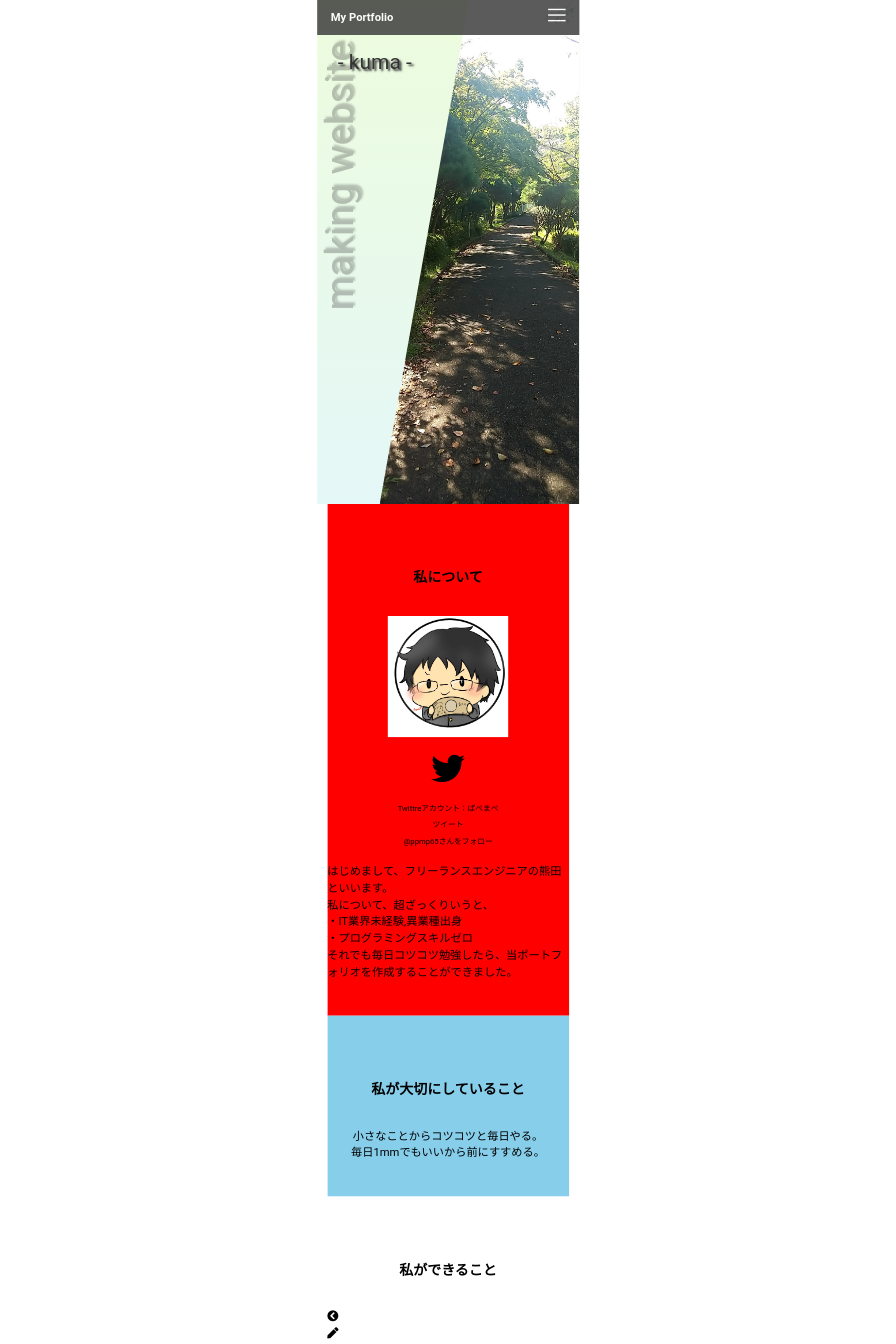
Repository: ppmp556/portfolio6
Page: index copy.html
These files come from the project's save history. The page is drawn as it stood at one moment and after the next save; the edit follows.
The browser window is 1280 px wide. The pictures show the part of the page from y = 0 to 1920 px (the page is 3189 px tall), at 70% of full size.
Some web libraries are served in a nearby version. The style sheet was rebuilt from its Sass, Less or Tailwind sources for each picture, by a compiler version that may differ from the author's.

Above is the page before, as saved 2020-10-13 16:20:25.
Console error: TypeError: Cannot read properties of null (reading 'addEventListener')

After the next save:
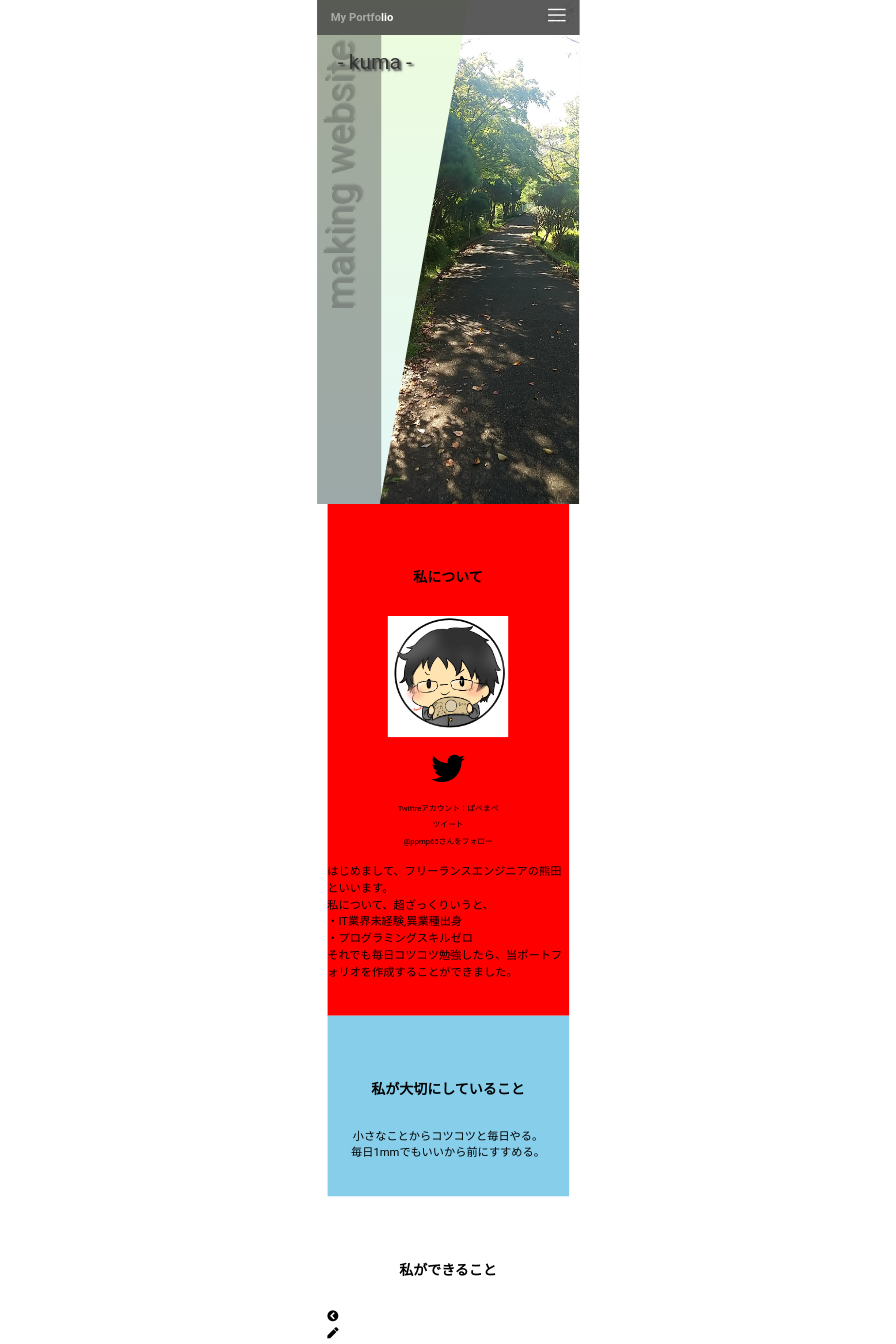
Saved 4 min 12 s later.
--- a/css/main.scss
+++ b/css/main.scss
@@ -322,10 +322,11 @@ nav
         content: '';
         position: absolute;
         top: 0;
-        left: 0;
+        left: -403px;
         background-color: $cBlack;
         opacity: .5;
-        width: 100%;
+        width: 140px;
+        height: 100vh;
     }
 
     &_inner {

After the save that followed:
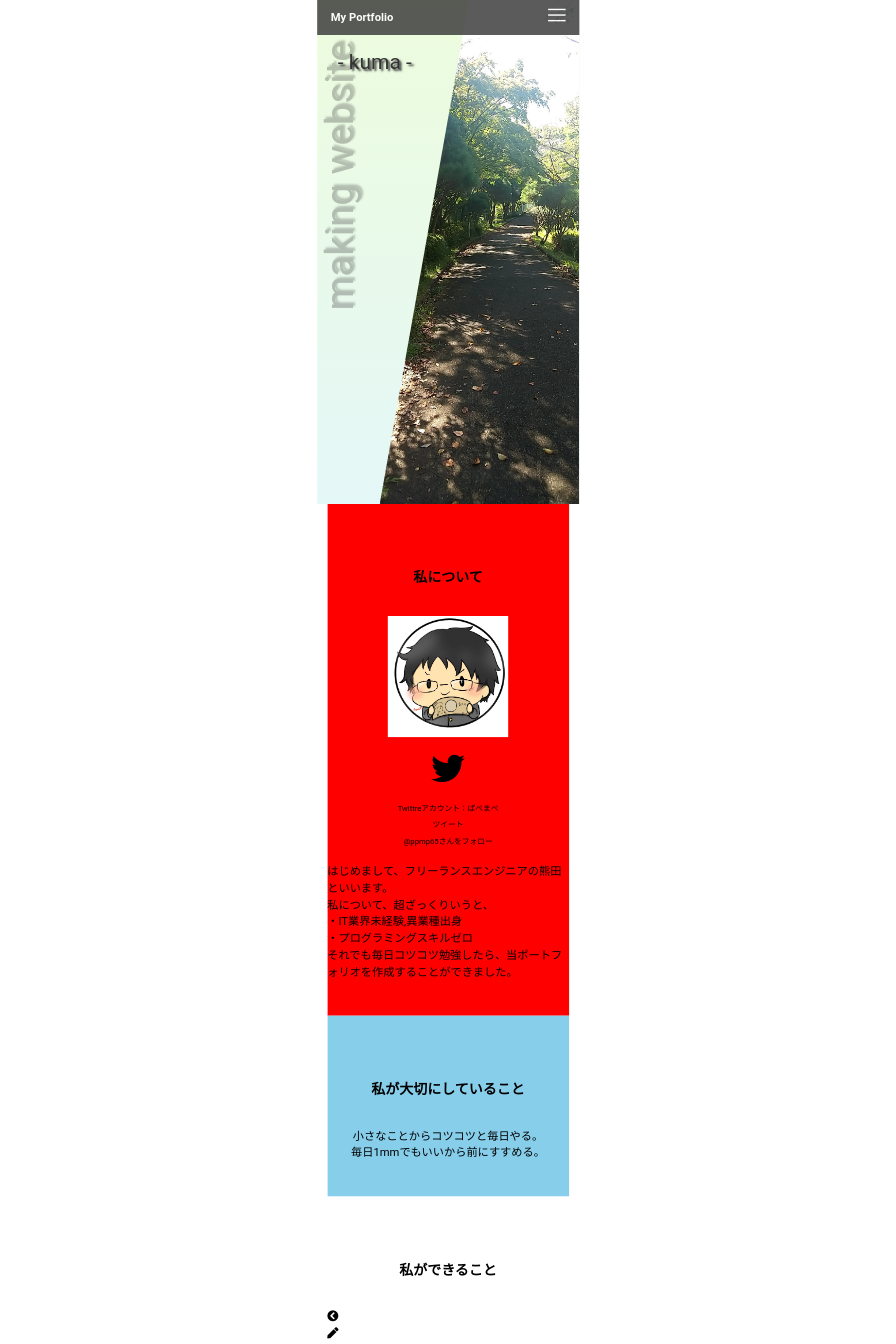
Saved 56 s later.
--- a/css/main.scss
+++ b/css/main.scss
@@ -318,7 +318,7 @@ nav
         }
     }
 
-    &::before {
+    &::before.clicked{
         content: '';
         position: absolute;
         top: 0;
